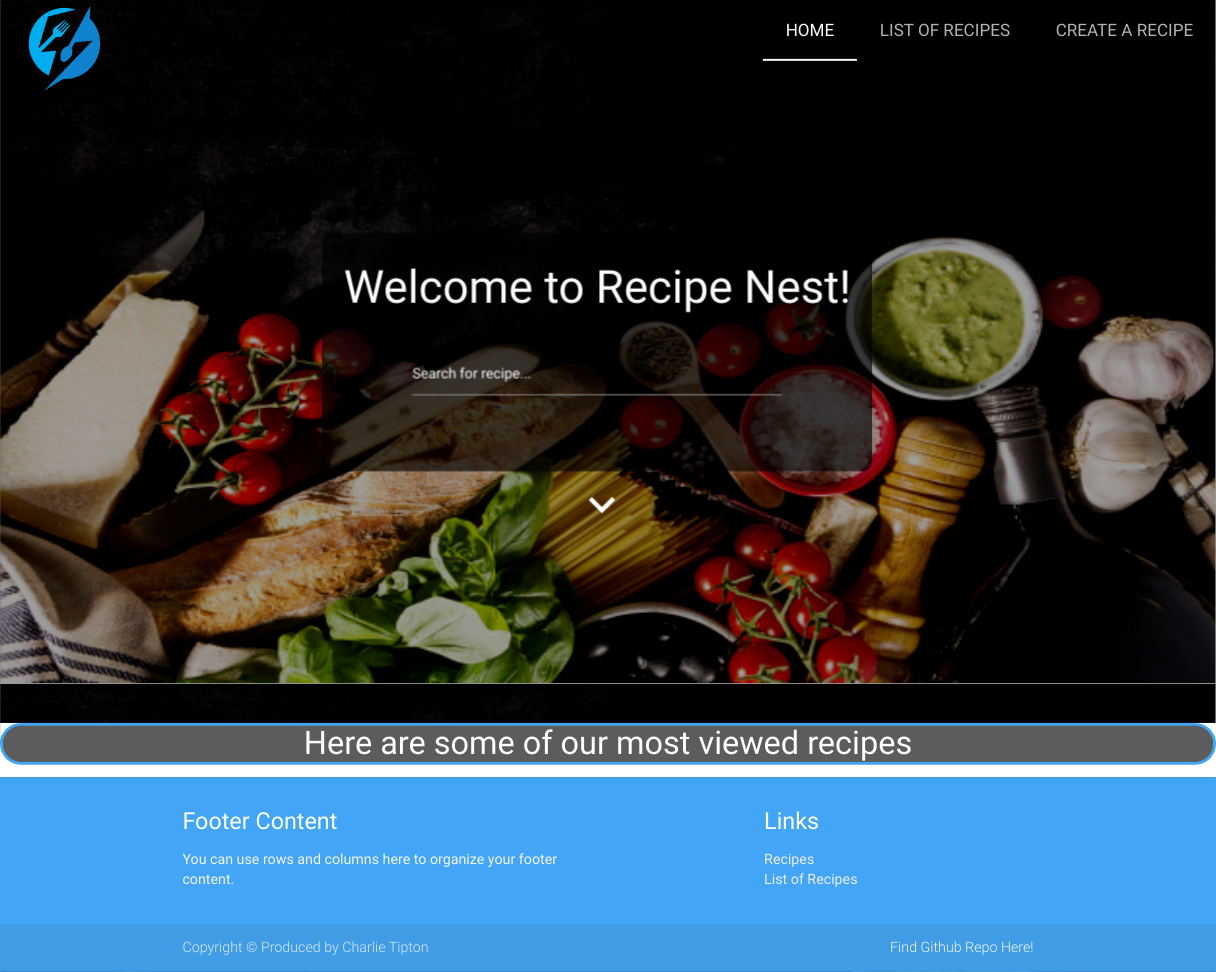
Repository: CharlieJT/Recipes
Page: http://localhost/
The author's editor kept a record of every edit. The page is drawn from the files as they stood at one moment, then again after the next edit.
The browser window is 1280 px wide. The pictures show the whole page, at 95% of full size.
Backgrounds fixed to the window are drawn as part of the page. Some web libraries are served in a nearby version. The page is served by the project's application, run on Flask 3 (app.py). Queries for data that is not in the repository find no rows.

Above is the page before.

After the next edit:
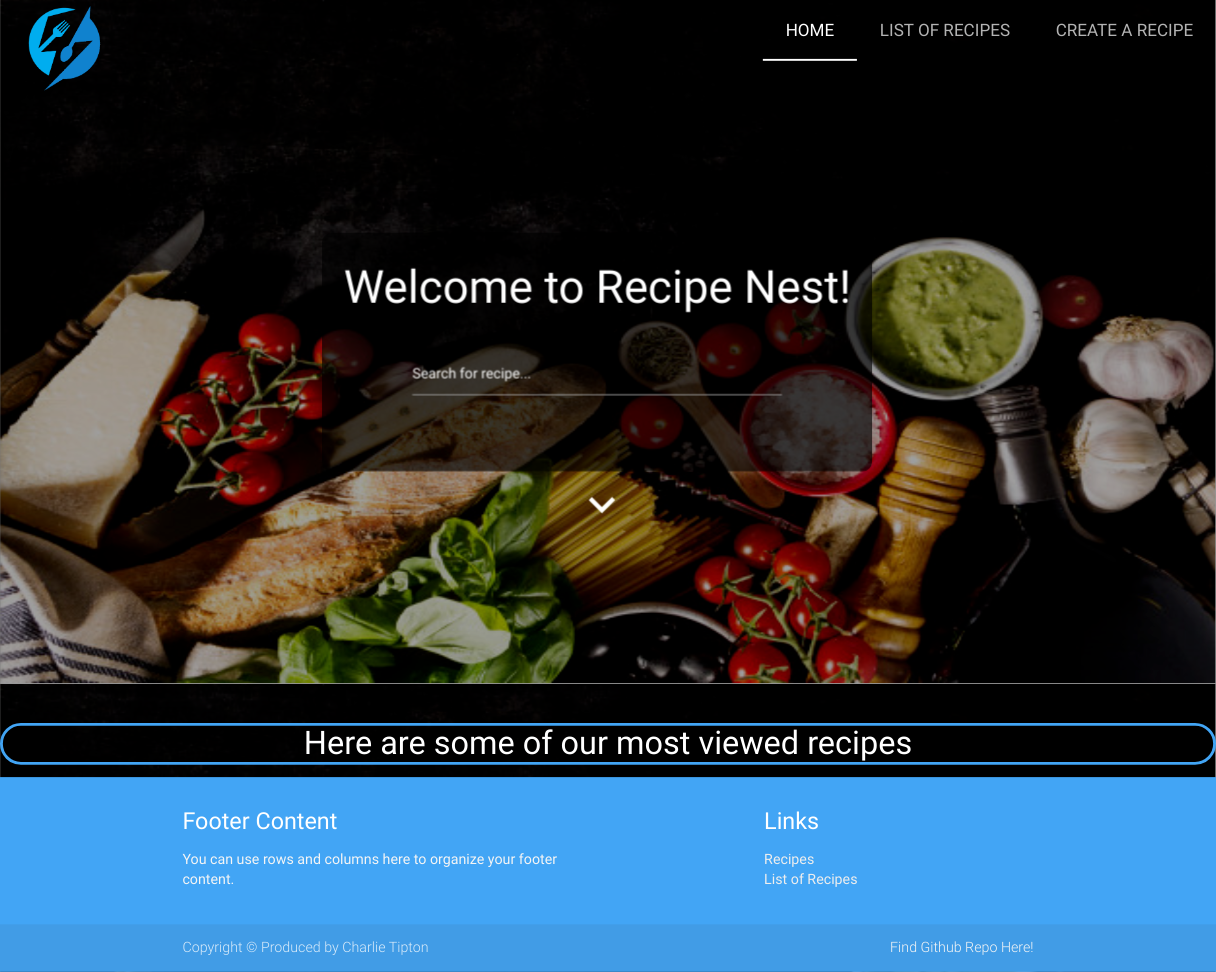
The edit:
--- a/static/css/index.css
+++ b/static/css/index.css
@@ -104,6 +104,12 @@
 
 /* ---------- Recipe Cards ----------*/
 
+.mostly-viewed
+
+
+max-width: 725px;
+    margin: 60px;
+
 #recipe-container {
     background-color: #fff;
 }

After the 2 edits that followed:
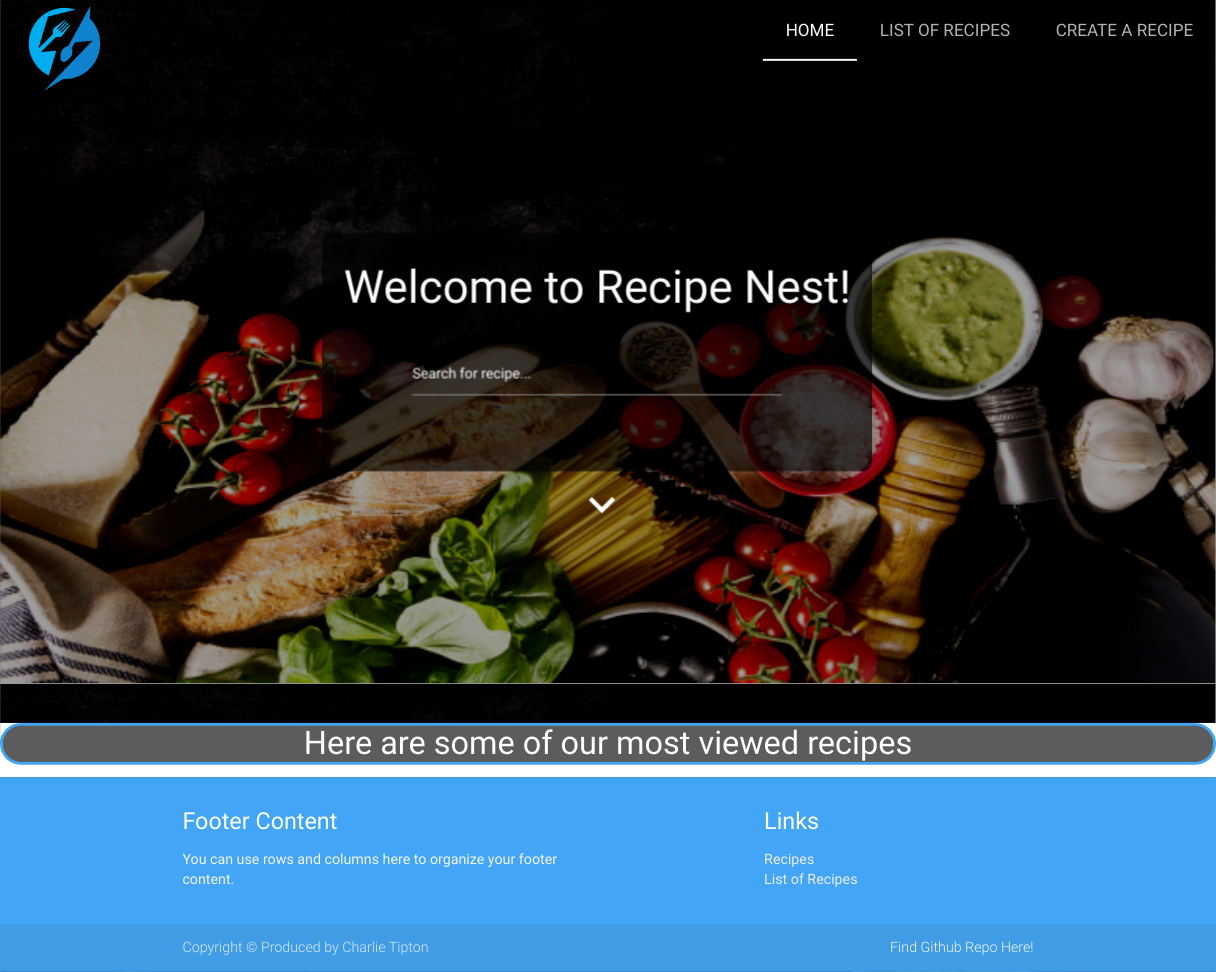
The 2 edits are shown as one change because 1 left the picture as it was.
The edit:
--- a/static/css/index.css
+++ b/static/css/index.css
@@ -104,11 +104,12 @@
 
 /* ---------- Recipe Cards ----------*/
 
-.mostly-viewed
+.mostly-viewed-heading-column {
+
+}
 
 
-max-width: 725px;
-    margin: 60px;
+
 
 #recipe-container {
     background-color: #fff;
